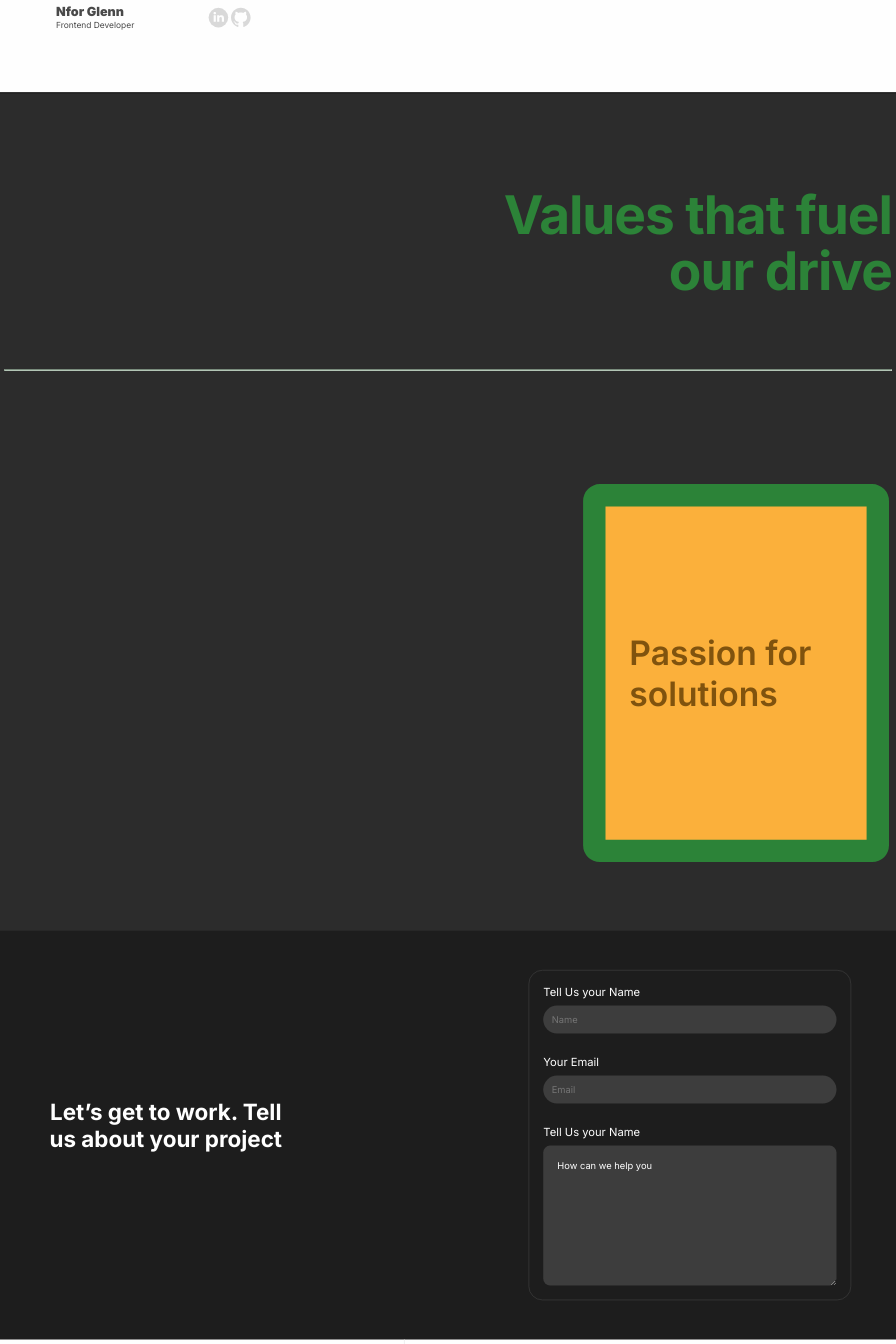
Repository: staruth0/staruth-website
Page: /about (app in frontend/)
The author's editor kept a copy of each file at every save. The page is drawn from the files as they stood at one save, then again after a run of saves.
The browser window is 1280 px wide. The pictures show the part of the page from y = 2082 to 4002 px (the page is 4367 px tall), at 70% of full size.
The project was rebuilt for these pictures with package versions that can differ from the ones it lists, and the page was loaded fresh each time. Also part of the build but not shown: frontend/vite.config.js, frontend/src/commons/button.css, frontend/src/commons/Button.jsx, frontend/src/pages/home/components/hero_section/hero.jsx, frontend/src/pages/home/components/about_section/about.jsx, frontend/src/pages/home/components/what_we_do/HomeServiceCard.jsx, frontend/src/pages/home/components/what_we_do/what.jsx, frontend/src/pages/home/components/slidable_section/slidable.css and 25 more.

Above is the page before, as saved 2024-09-23 14:59:15.

### frontend/src/App.jsx
import {
  createBrowserRouter,
  createRoutesFromElements,
  Route,
  RouterProvider,
} from 'react-router-dom';

//Pages
import HomePage from './pages/home';
import AboutPage from './pages/about';
import ServicesPage from './pages/services';
import ContactPage from './pages/contact_us/contact';
import TeamPage from './pages/teamOnClick';
import PortfolioPage from './pages/portfolio';

//Stylesheet
import './App.css';
import RootLayout from './layout/RootLayout';

function App() {
  const router = createBrowserRouter(
    createRoutesFromElements(
      <>
        <Route path="/" element={<RootLayout />}>
          <Route te index element={<HomePage />} />
          <Route path="about" element={<AboutPage />} />
          <Route path="about/team/:id" element={<TeamPage />} />
          <Route path="contact" element={<ContactPage />} />
          <Route path="portfolio" element={<PortfolioPage />} />
          <Route path="services" element={<ServicesPage />} />
        </Route>
      </>
    )
  );

  return (
    <div className="main-body">
      <RouterProvider router={router} />
    </div>
  );
}

export default App;

### frontend/src/pages/about/index.jsx
import React from 'react';
import AboutHeroComponent from './components/hero_section/hero';
import MeetTeamComponent from './components/meet_team/meet_team';
import AboutSlidableSection from './components/slidable_section/slidable';
import './about.css';

const AboutPage = () => {
  return (
    <div className="about-page">
      <AboutHeroComponent />
      <MeetTeamComponent />
      <AboutSlidableSection />
    </div>
  );
};

export default AboutPage;

### frontend/src/App.css
@import url('https://fonts.googleapis.com/css2?family=Inter:ital,opsz,wght@0,14..32,100..900;1,14..32,100..900&display=swap');

:root {
  --primary-orange: #fbb03b;
  --on-orange: #80530e;
  --orange-light: #f5c477;
  --primary-green: #26ce3d;
  --sf-green: #2c8338;
  --sf-green-light: #24c23a;
  --green-fade: #c3fbcb;
  --primary-white: #fefefe;
  --on-white: #f4f4f4;
  --strokecolor-white: #e7e7e7;
  --on-white-light: #fdfdfd;
  --white-fade: #ececec;
  --primary-black: #1d1d1d;
  --on-black: #232323;
  --strokecolor-black: #3d3d3d;
  --black-fade: #7e7e7e;
  --sf-on-pm-black: #2c2c2c;
  --feedback-red: #f54a4a;

  --font-family: 'Inter', sans-serif;

  --border-radius-16: 16px;
  --border-radius-24: 24px;
  --border-radius-30: 30px;
  --border-radius-32: 32px;
  --border-radius-40: 40px;
}

* {
  scroll-behavior: smooth;
  box-sizing: border-box;
  font-family: var(--font-family);
  transition: 0.3s ease-in-out;
  text-decoration: none;
  list-style: none;
}

body,
html {
  padding: 0;
  margin: 0;
  background-color: var(--primary-black);
}

::-webkit-scrollbar {
  width: 8px;
  background-color: var(--strokecolor-black);
}

::-webkit-scrollbar-thumb {
  background-color: var(--strokecolor-white);
  border-radius: 5px;
}

.container {
  padding: 56px 5%;
  margin: 0 auto;
  max-width: 1440px;
}

.main-body {
  position: relative;
}

button {
  outline: transparent;
  cursor: pointer;
}

ul {
  padding: 0;
}

### frontend/src/layout/RootLayout.jsx
import FooterComponent from './footer/footer';
import NavbarComponent from './navbar/navbar';
import { Outlet } from 'react-router-dom';
import ScrollToTop from './scrollToTop';
import { useState } from 'react';
import Contact from './contact';

const RootLayout = () => {
  const [whiteNavbar, setNavbarWhite] = useState(false);
  return (
    <>
      <ScrollToTop />
      <NavbarComponent whiteNavbar={whiteNavbar} />
      <Outlet />
      <Contact />
      <FooterComponent />
    </>
  );
};

export default RootLayout;

### frontend/src/pages/about/components/hero_section/hero.jsx
import React from "react";
import "./hero.css";

const AboutHeroComponent = () => {
  return (
    <div className="about-hero-section">
      <div className="about-hero-section-contentOne">
        <h1>
          At Staruth, we join forces with start-ups, <br /> brands, businesses
          and founders to build <br /> tech products and systems that help them{" "}
          <br /> break out in the digital space
        </h1>
      </div>
      <div className="about-hero-section-contentTwo">
        <div>
        <h1>Our Vision</h1>
        <p>
          Lorem ipsum dolor sit amet consectetur. Quis orci ses neque rhoncus.
          Integer commodo Lorem ipsum dolor sit amet consepsum dolor sit amet
          consectetur. Quis orci sed fesi egestas neque rhoncus. Integer commodo
          Lorem ipsum dolor sit amet consectetur.
        </p>
        </div>
      </div>
      <div className="about-hero-section-contentThree">
        <h1>
          From strategic design to web and mobile apps and all things software,
          we can help you
        </h1>
      </div>
    </div>
  );
};

export default AboutHeroComponent;

### frontend/src/pages/about/components/meet_team/meet_team.jsx
import React from "react";
import "./meet_team.css";
import ProfileCard from "./profile_card/pf_card";

const MeetTeamComponent = () => {
  return (
    <div className="about-meet-team-section">
      <div className="about-meet-team-section-content">
        <div className="about-meet-team-section-content-heading">
          <h1>Meet the Team</h1>
        </div>
        <div className="about-meet-team-section-content-description">
          <p>
            We are a team of creative and dedicated young people passionate
            about seeing things work in our hands. We each share a devotion to
            helping budding businesses thrive with the application of modern
            soft tech
          </p>
        </div>
        <div className="about-meet-team-section-content-membersInfo">
          <ProfileCard/>

        </div>
      </div>
    </div>
  );
};

export default MeetTeamComponent;

### frontend/src/pages/about/components/slidable_section/slidable.jsx
import React from "react";
import "./slidable.css";

const AboutSlidableSection = () => {
  return (
    <div className="about-slidable-section">
      <div className="about-slidable-section-underlinedHeading">
        {" "}
        <p>
          Values that fuel <br /> our drive{" "}
        </p>{" "}
        <hr className="about-slidable-section-underline" />
      </div>
      <div className="about-slidable-section-ValueSlide">
        <div className="about-slidable-section-ValueCardSlide">
          <div className="about-slidable-section-ValueCardSlide1">
            <div className="about-slidable-section-ValueCardSlide1-ValueContent">
              <p>
                Passion for <br /> solutions
              </p>
            </div>
          </div>

        </div>
      </div>
    </div>
  );
};

export default AboutSlidableSection;

### frontend/src/layout/contact/index.jsx
import './contact.css'


const Contact = () => {
  return (
    <div   className="container contact-form">
           <h1>Let’s get to work.
           Tell us about your project
           </h1>

           <form action="" className="form">
            <div>
                <label htmlFor="name">Tell Us your Name</label>
                <input type="text" placeholder="Name" />
            </div>

            <div>
                <label htmlFor="email">Your Email</label>
                <input type="text" placeholder="Email" />
            </div>

            <div>
                <label htmlFor="name">Tell Us your Name</label>
                <textarea name="request" id="">How can we help you</textarea>
            </div>
           </form>
    </div>
  );
};

export default Contact;

### frontend/src/layout/navbar/navbar.jsx
import React, { useState, useEffect } from 'react';
import { Link, useLocation } from 'react-router-dom';
import logo from '../../assets/icons/logoPNG 1.svg';
import './navbar.css';

const NavbarComponent = ({ whiteNavbar }) => {
  const currentUrl = useLocation();

  return (
    <nav className={`navbar-component ${whiteNavbar && 'white-navbar'}`}>
      <div className="navbar-component-logo-label">
        <img src={logo} alt="logo" />
        <span>Staruth tech</span>
      </div>

      {/* desktop nav */}
      <div className="navabar-component-navlinks-container">
        <ul className="navbar-component-navlinks">
          <li>
            <Link
              to={'/'}
              className={currentUrl.pathname == '/' ? 'active-navbar-link' : ''}
            >
              Home
            </Link>
          </li>
          <li>
            <Link
              to={'/about'}
              className={
                currentUrl.pathname.includes('/about')
                  ? 'active-navbar-link'
                  : ''
              }
            >
              About us
            </Link>
          </li>
          <li>
            <Link
              to={'/portfolio'}
              className={
                currentUrl.pathname.includes('/portfolio')
                  ? 'active-navbar-link'
                  : ''
              }
            >
              Portfolio
            </Link>
          </li>
          <li>
            <Link
              to={'/services'}
              className={
                currentUrl.pathname.includes('/services')
                  ? 'active-navbar-link'
                  : ''
              }
            >
              Services
            </Link>
          </li>
        </ul>
        <div className="navbar-component-request-service">
          <Link className="navbar-component-request-service-link" to="/contact">
            Request service
          </Link>
        </div>
      </div>

      {/* mobile nav */}
      <div className="navbar-component-navlinks-container-mobile">
        <button className="menu-btn">
          <span></span>
          <span></span>
          <span></span>
        </button>

        <div className="menu-items-mobile">
          <span>Home</span>
          <span>About</span>
          <span>Portfolio</span>
          <span>Services</span>
          <span>Contact</span>
        </div>
      </div>
    </nav>
  );
};

export default NavbarComponent;

### frontend/src/pages/home/components/hero_section/hero.css
@import url('https://fonts.googleapis.com/css2?family=Material+Symbols+Outlined:opsz,wght,FILL,GRAD@20..48,100..700,0..1,-50..200');
.material-symbols-outlined {
  font-variation-settings: 'FILL' 0, 'wght' 400, 'GRAD' 0, 'opsz' 24;
}

.home-hero-section {
  display: flex;
  align-items: center;
  justify-content: center;
  background: var(--black-primary-black, #1d1d1d);
}

.home-hero-section-container {
  display: grid;
  grid-template-columns: 1fr 1fr;
  justify-content: center;
  align-self: stretch;
  align-items: center;
  gap: 4rem;
}

.home-hero-section-container-text-n-btns {
  display: flex;
  flex-direction: column;
  align-items: flex-start;
  gap: 3rem;
}

.home-hero-section-container-text-n-btns > h1,
.home-hero-section-container-text-n-btns > p {
  margin: 0;
}

.display-lg {
  color: var(--primary-white);
  font-size: 76px;
  font-style: normal;
  font-weight: 700;
  line-height: 80px; /* 105.263% */
  letter-spacing: -1.52px;
}

.body-lg {
  color: var(--primary-white);
  font-family: var(--font-family);
  font-size: 18px;
  font-style: normal;
  font-weight: 300;
  line-height: normal;
}

.body-lg-heavy {
  color: var(--primary-white);
  font-family: var(--font-family);
  font-size: 18px;
  font-style: normal;
  font-weight: 900;
  line-height: normal;
}

.home-hero-section-container-btn-grp {
  display: flex;
  align-items: center;
  gap: 48px;
}

.underline-link {
  background: none;
  border: none;
  display: flex;
  align-items: center;
  gap: 10px;
}

.abs {
  position: absolute;
}

.home-hero-section-container-clients {
  background: transparent;
  right: 38vw;
  transform: translateY(100px);
}

.home-hero-section-container-rating {
  right: 5vw;
  transform: translateY(-200px);
  background: transparent;
}

.home-hero-section-container-heroimg > img {
  width: 100%;
}

/* media queries */
@media (max-width: 988px) {
  .home-hero-section-container {
    grid-template-columns: 1fr;
  }
}

@media (max-width: 400px) {
  .home-hero-section-container-btn-grp {
    flex-direction: column;
  }
}

### frontend/src/pages/home/components/about_section/about.css
@import url('https://fonts.googleapis.com/css2?family=Material+Symbols+Outlined:opsz,wght,FILL,GRAD@20..48,100..700,0..1,-50..200');
.material-symbols-outlined {
  font-variation-settings: 'FILL' 0, 'wght' 400, 'GRAD' 0, 'opsz' 24;
}
.home-about-section-container * {
  margin: 0;
  padding: 0;
  color: var(--primary-black);
}

.home-about-section-container {
  display: flex;
  gap: 80px;
  flex-direction: column;
  background: var(--primary-white);
}

.home-about-section-container-heading-underline {
  display: flex;
  justify-content: end;
  height: fit-content;
  border-bottom: 2px solid var(--white-fade);
}

.home-about-section-container-heading-underline h1 {
  max-width: 400px;
  text-align: right;
  color: var(--primary-black);
  padding-bottom: 16px;
}

.home-about-section-container-about-box {
  display: grid;
  grid-template-columns: 1.25fr 0.75fr;
  align-items: center;
  justify-content: space-between;
  gap: 3rem;
}

.home-about-section-container-about-box-text {
  display: flex;
  flex-direction: column;
  gap: 24px;
}

.home-about-section-container-about-box-text h3 {
  font-size: 32px;
}

.home-about-section-container-about-box-pattern img {
  max-width: 100%;
}

@media (max-width: 1000px) {
  .home-about-section-container-about-box {
    grid-template-columns: 1.35fr 0.65fr;
    gap: 1rem;
  }
}

@media (max-width: 700px) {
  .home-about-section-container-about-box {
    grid-template-columns: 1fr;
    gap: 1rem;
  }
}

### frontend/src/pages/about/components/hero_section/hero.css
.about-hero-section {
  display: flex;
  padding: 135px 80px var(--pg-pb, 88px) 80px;
  flex-direction: column;
  align-items: flex-start;
  gap: 112px;
  align-self: stretch;
  opacity: var(--sds-size-stroke-border);
  background: var(--black-primary-black, #1d1d1d);
  font-family: var(--font-family);
}

.about-hero-section-contentOne {
  display: flex;
  padding: 0px;
  align-items: flex-start;
  /* gap: 10px; */
  align-self: stretch;
}
.about-hero-section-contentOne h1 {
  color: #fff;
  font-size: 48px;
  font-style: normal;
  font-weight: 600;
  line-height: normal;
}
.about-hero-section-contentTwo {
  display: flex;
  flex-direction:column;
  justify-content: flex-end;
  align-items: flex-end;
  gap: 10px;
  width:100%;
  align-self: stretch;
}

.about-hero-section-contentTwo > div {
  display: flex;
  width:40%;
  flex-direction: column;
  align-items: flex-end;
  gap: 0px;
}

.about-hero-section-contentTwo h1 {
  display: flex;
  height: 38px;
  flex-direction: column;
  justify-content: center;
  align-self: stretch;
  color: #fff;
  font-size: 32px;
  font-style: normal;
  font-weight: 700;
  line-height: normal;
  margin: 0;
}
.about-hero-section-contentTwo p {
  align-self: stretch;
  color: var(--white-primary-white, var(--primary-white, #fefefe));
  font-size: 18px;
  font-style: normal;
  font-weight: 300;
  line-height: normal;
}
.about-hero-section-contentThree {
  display: flex;
  /* padding: 30px 80px var(--pg-pb, 88px) 80px; */
  flex-direction: column;
  align-items: flex-start;
  gap: 112px;
  align-self: stretch;
}
.about-hero-section-contentThree h1 {
  width: 50%;
  color: #fff;
  font-size: 48px;
  font-style: normal;
  font-weight: 600;
  line-height: normal;
  margin: 0;
}

### frontend/src/pages/about/components/meet_team/meet_team.css
.about-meet-team-section-content {
  display: flex;
  padding: var(--pg-pt, 56px) 80px var(--pg-pb, 88px) 80px;
  flex-direction: column;
  justify-content: center;
  align-items: flex-start;
  opacity: var(--sds-size-stroke-border);
  background: var(--primary-white, #fefefe);
  gap: 80px;
  margin-bottom: 2px;
}
.about-meet-team-section-content-heading {
  display: flex;
  width: 100%;
  flex-direction: column;
  align-items: flex-end;
  gap: 18px;
  border-bottom:1px solid var(--primary-black);
  opacity: var(--sds-size-stroke-border);
}
.about-meet-team-section-content-heading h1 {
  color: var(--black-primary-black, #1d1d1d);
  text-align: right;
  font-family: Inter;
  font-size: 76px;
  font-style: normal;
  font-weight: 700;
  line-height: 80px;
  letter-spacing: -1.52px;
  margin: 0;
}

.about-meet-team-section-content-description {
  display: flex;
  align-items: center;
  gap: 10px;
  align-self: stretch;

  opacity: var(--sds-size-stroke-border);
}
.about-meet-team-section-content-description p {
  width: 40%;

  color: var(--black-primary-black, #1d1d1d);

  /* body/body lg (desktop)/body lg bold */
  font-family: Inter;
  font-size: 18px;
  font-style: normal;
  font-weight: 600;
  line-height: normal;

  opacity: var(--sds-size-stroke-border);
}
.about-meet-team-section-content-membersInfo {
  display: flex;
  align-items:center;
  justify-content:flex-start;
  flex-wrap:wrap;
  gap: var(--pg-pt, 56px) 16px;
  align-self: stretch;
  flex-wrap: wrap;
  opacity: var(--sds-size-stroke-border);
}

### frontend/src/pages/about/components/meet_team/profile_card/pf_card.jsx
import React from "react";
import { Link } from "react-router-dom";
import linkedin from "../../../../../assets/icons/linkedin.svg";
import github from "../../../../../assets/icons/github.svg";
import aboutMeetTeamSectionImage1 from "../../../../../assets/images/aboutMeetTeamSectionImage1.jpeg";
import "./pf_card.css";
// function Card({ data }) {
//   return (
//     <div className="pf_card">
//       <h2>{data.pf_name}</h2>
//       <p>{data.pf_role}</p>
//       <img src={data.pf_image} alt={data.pf_name} />
//     </div>
//   );
// }
const ProfileCard = () => {
  return (
        <div className="about-meet-team-section-content-membersProfile">
        <Link to={"/about/team"}>
          <img
            src={aboutMeetTeamSectionImage1}
            className="about-meet-team-section-content-membersPhotoOne"
            alt="Nfor Glenn"
          />
        </Link>
        <div className="about-meet-team-section-content-membersProfileBox">
          <div className="about-meet-team-section-content-membersRole">
            <h4>Nfor Glenn</h4>
            <p>Frontend Developer</p>
          </div>
          <div className="about-meet-team-section-content-membersSocials">
            <img src={linkedin} alt="" />
            <img src={github} alt="" />
          </div>
        </div>
      </div>
  );
};
export default ProfileCard;

### frontend/src/pages/teamOnClick/components/skills/skills.css
.team-on-click-skills-container * {
    font-family: var(--font-family);
}

.team-on-click-skills-container{
    display: flex;
    justify-content: space-between;
    padding: 80px;
    color: white;
    width: 100%;
    gap: 10%;
}


.team-on-click-skills-container div{
    width: 30%;
}


.team-on-click-skills-container-Qualifications ul{
    display: flex;
    flex-direction: column;
    list-style: none;
    gap: 15px;
}

/*font size styles*/
h1{
    font-size: 32px;
    margin-bottom: 50px;
}

span{
 font-size: 18px;
 font-weight: 900;
}

p, li{
    font-size: 18px;
}

### frontend/src/layout/contact/contact.css
.contact-form{
    color: #fff;
    display: flex;
    justify-content: space-between;
    align-items: center;
}


.contact-form h1{
    width: 30%;
    text-align: center;
}

.contact-form .form{
 display: flex;
 flex-direction: column;
 gap: 30px;
 width: 40%;
 padding: 20px;
 border: 1px solid  var( --strokecolor-black);
 border-radius: 20px;
}

.contact-form .form div{
    display: flex;
    flex-direction: column;
    gap: 10px;
}

.contact-form .form div input{
    width: 100%;
    background-color: var(--strokecolor-black);
    padding: 12px;
    outline: none;
    border: transparent;
    border-radius: 20px;
}


.contact-form .form div textarea{
    min-height: 200px;
    border-radius: 10px;
    padding: 20px;
    background-color: var(--strokecolor-black);
    color: inherit;
    border: transparent;
}

### frontend/src/pages/about/components/meet_team/profile_card/pf_card.css
  .about-meet-team-section-content-membersProfile {
    display: flex;
    flex-direction: column;
    align-items: flex-start;
    gap:10px;
    opacity: 0.8;
  }
  .about-meet-team-section-content-membersPhotoOne {
    width: 280px;
    height: 370px;
    border-radius: var(--bd-radius-8, 8px);
    opacity: var(--sds-size-stroke-border);
    object-fit: cover;
    filter:grayscale(100%);
  }
  .about-meet-team-section-content-membersProfileBox {
    display: flex;
    justify-content: space-between;
    align-items: center;
    align-self: stretch;
    opacity: var(--sds-size-stroke-border);

  }
  .about-meet-team-section-content-membersRole {
    display: flex;
    flex-direction: column;
    align-items: flex-start;
    gap: 2px;
    opacity: var(--sds-size-stroke-border);
  }
  .about-meet-team-section-content-membersRole h4 {
    align-self: stretch;
    color: var(--black-primary-black, #1d1d1d);
    /* body/body lg (desktop)/body lg heavy */
    font-family: Inter;
    font-size: 18px;
    font-style: normal;
    font-weight: 900;
    margin:0;
    line-height: normal;

    opacity: var(--sds-size-stroke-border);
  }
  .about-meet-team-section-content-membersRole p {
    align-self: stretch;
    margin:0;
    color: var(--black-primary-black, #1d1d1d);

    /* Others/label */
    font-family: Inter;
    font-size: 12px;
    font-style: normal;
    font-weight: 400;
    line-height: normal;

    opacity: var(--sds-size-stroke-border);
  }
  .about-meet-team-section-content-membersSocials {
    display: flex;
    justify-content: flex-end;
    align-items: center;
    gap: var(--sds-size-space-400);
    opacity: 0.2;
  }

Loaded but not shown: frontend/index.html (common file); frontend/src/main.jsx (common file); frontend/src/layout/scrollToTop.jsx (common file); frontend/src/pages/about/components/slidable_section/slidable.css (264 lines, source omitted); frontend/src/layout/footer/footer.css (204 lines, source omitted); frontend/src/layout/navbar/navbar.css (188 lines, source omitted); frontend/src/layout/footer/footer.jsx (121 lines, source omitted); frontend/src/pages/home/components/what_we_do/what.css (93 lines, source omitted); frontend/src/pages/about/about.css (no stored copy; drawn as an empty file); frontend/src/pages/contact_us/contact.css (no stored copy; drawn as an empty file); frontend/src/pages/services/services.css (no stored copy; drawn as an empty file); frontend/src/pages/teamOnClick/team.css (no stored copy; drawn as an empty file)

After the next 2 saves:
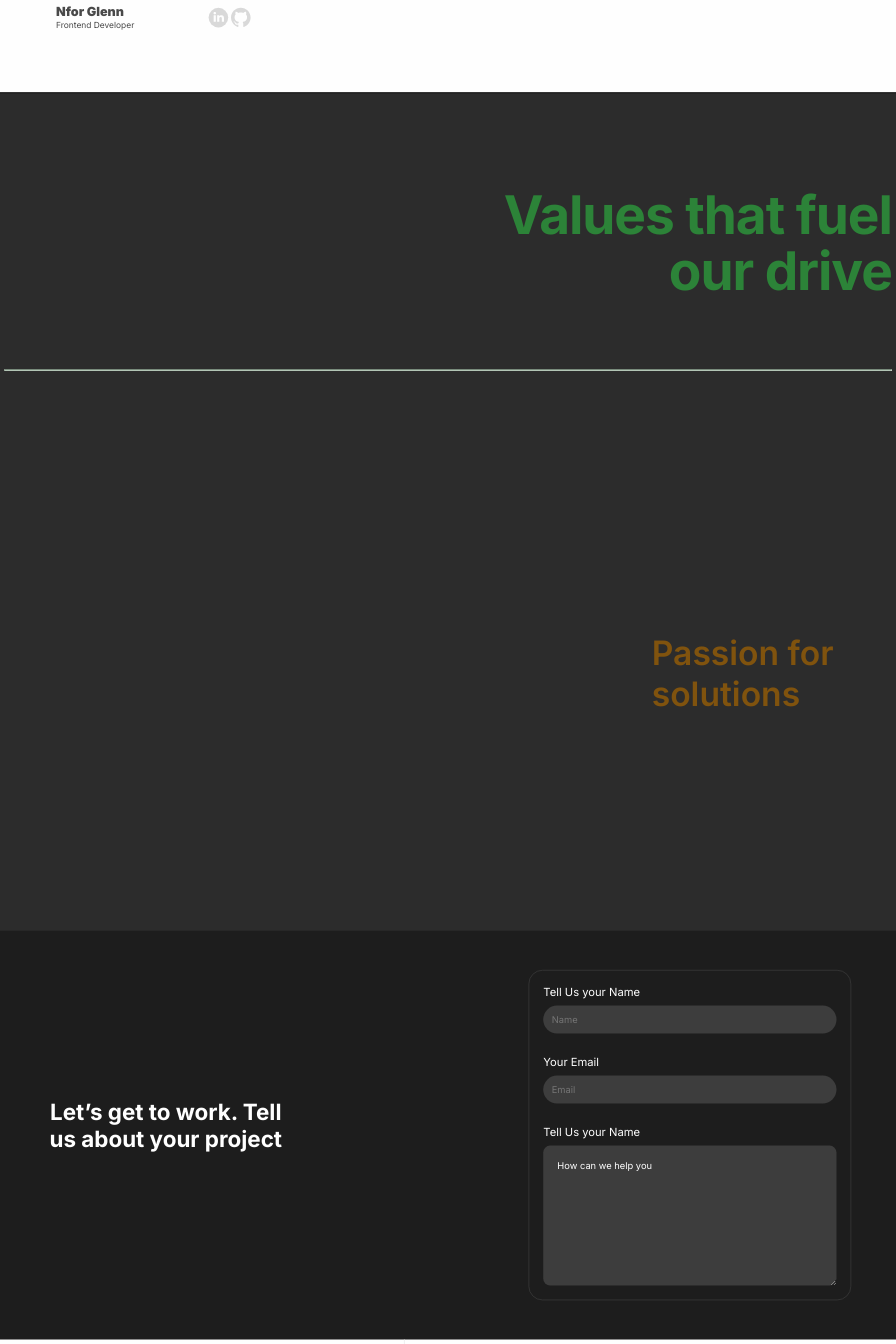
The 2 saves are shown as one change because they came seconds apart.
The last was saved 25 s later.
--- a/frontend/src/pages/about/components/slidable_section/slidable.jsx
+++ b/frontend/src/pages/about/components/slidable_section/slidable.jsx
@@ -13,7 +13,6 @@
       </div>
       <div className="about-slidable-section-ValueSlide">
         <div className="about-slidable-section-ValueCardSlide">
-          <div className="about-slidable-section-ValueCardSlide1">
             <div className="about-slidable-section-ValueCardSlide1-ValueContent">
               <p>
                 Passion for <br /> solutions
@@ -22,7 +21,6 @@
           </div>
 
         </div>
-      </div>
     </div>
   );
 };
